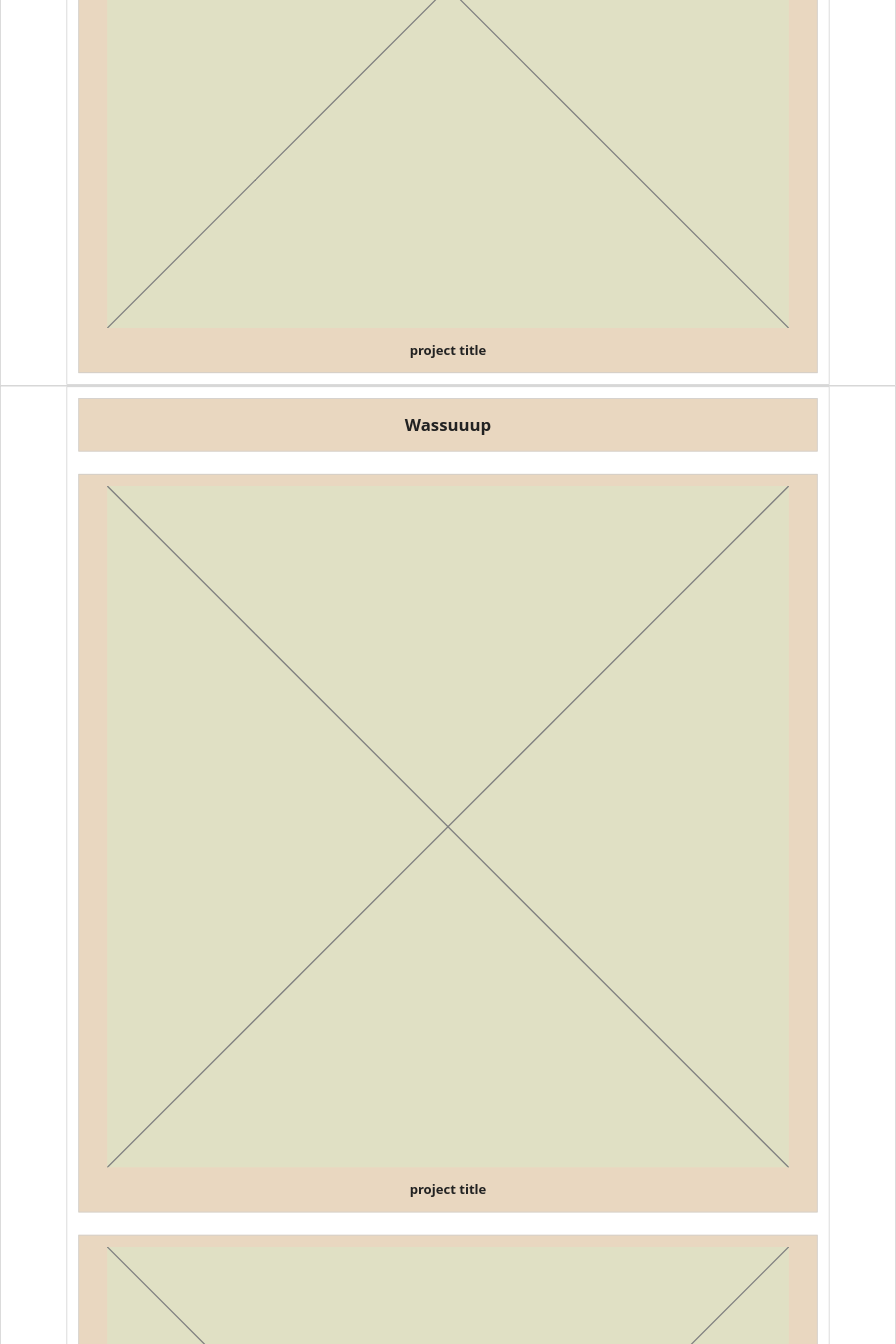
Repository: eilidhma/metrolics
Page: index.html
The author's editor kept a copy of each file at every save. The page is drawn from the files as they stood at one save, then again after a run of saves.
The browser window is 1280 px wide. The pictures show the part of the page from y = 4580 to 6500 px (the page is 16625 px tall before and 12166 px after), at 70% of full size.

Above is the page before, as saved 2021-02-02 17:26:24.

### index.html
<!doctype html>
<html class="no-js" lang="en">

<head>
  <meta charset="utf-8">
  <title>Metrolics</title>
  <meta name="description" content="">
  <meta name="viewport" content="width=device-width, initial-scale=1">

  <meta property="og:title" content="">
  <meta property="og:type" content="">
  <meta property="og:url" content="">
  <meta property="og:image" content="">

  <link rel="manifest" href="site.webmanifest">
  <link rel="apple-touch-icon" href="icon.png">
  <!-- Place favicon.ico in the root directory -->

  <link rel="stylesheet" href="css/normalize.css">
  <link rel="stylesheet" href="css/main.css">

  <meta name="theme-color" content="#fafafa">
</head>

<!--
<body class="page__home">
  <header class="page__header">
    <div class="page__title">
      <h1 class="large__headings">Metrolics</h1>
      <img src="" alt="metrolics__logo" class="header__icon">
    </div>
    <nav class="page__navigation">
      <ul class="navigation__section">
        <li class="navigation_items">
          <img src="" alt="home__icon" class="nav__icons">
          <p class="nav__titles">Home</p>
        </li>
        <li class="navigation_items">
          <img src="" alt="pages__icon" class="nav__icons">
          <p class="nav__titles">Pages</p>
        </li>
        <li class="navigation_items">
          <img src="" alt="blog__icon" class="nav__icons">
          <p class="nav__titles">Blog</p>
        </li>
        <li class="navigation_items">
          <img src="" alt="portfolio__icon" class="nav__icons">
          <p class="nav__titles">Portfolio</p>
        </li>
        <li class="navigation_items">
          <img src="" alt="mail__icon" class="nav__icons">
          <p class="nav__titles">Home</p>
        </li>
      </ul>
    </nav>
  </header>

  <section class="hero__section">
    <img src="" alt="hero__images">
    <ul class="hero__headings">
      <li>
        <div class="hero__headings__colour1"></div>
        <h2 class="medium__headings">Metro Style</h2>
      </li>
      <li>
        <div class="hero__headings__colour2"></div>
        <h2 class="medium__headings">Retina Ready</h2>
      </li>
      <li>
        <div class="hero__headings__colour3"></div>
        <h2 class="medium__headings">Responsive Design</h2>
      </li>
    </ul>
    <a class="prev" onclick="">
      <img src="" alt="previous button" class="prev__icon">
    </a>
    <a class="next" onclick="">
      <img src="" alt="next button" class="next__icon">
    </a>
  </section>

  <main class="page__main">
    <div class="page__intro">
      <div class="row">
        <h1 class="large__headings">Hey guys! This is the Metrolics theme. <br>
        It sports a responsive layout with a mobile layout.</h1>
      </div>
    </div>
    <section class="main__content__four__columns">
      <h2 class="medium__headings">Things That We Do</h2>
      <p class="main__text">Ask us what we can do for you</p>
      <div class="four__column__item">
        <img src="" alt="icon" class="four__column__icon">
        <h3 class="four__column__headers">Web Solutions</h3>
        <p class="main__text">"Lorem ipsum dolor sit amet, consectetur adipiscing elit, sed do eiusmod tempor incididunt ut labore et dolore magna aliqua. Ut enim ad minim veniam, quis nostrud exercitation ullamco laboris nisi ut aliquip ex ea commodo consequat."Lorem ipsum dolor sit amet, consectetur adipiscing elit, sed do eiusmod tempor incididunt ut labore et dolore magna aliqua. Ut enim ad minim veniam, quis nostrud exercitation ullamco laboris nisi ut aliquip ex ea commodo consequat.</p>
      </div>
      <div class="four__column__item">
        <img src="" alt="icon" class="four__column__icon">
        <h3 class="four__column__headers">Photography</h3>
        <p class="main__text">"Lorem ipsum dolor sit amet, consectetur adipiscing elit, sed do eiusmod tempor incididunt ut labore et dolore magna aliqua. Ut enim ad minim veniam, quis nostrud exercitation ullamco laboris nisi ut aliquip ex ea commodo consequat."Lorem ipsum dolor sit amet, consectetur adipiscing elit, sed do eiusmod tempor incididunt ut labore et dolore magna aliqua. Ut enim ad minim veniam, quis nostrud exercitation ullamco laboris nisi ut aliquip ex ea commodo consequat.</p>
      </div>
      <div class="four__column__item">
        <img src="" alt="icon" class="four__column__icon">
        <h3 class="four__column__headers">Web Development</h3>
        <p class="main__text">"Lorem ipsum dolor sit amet, consectetur adipiscing elit, sed do eiusmod tempor incididunt ut labore et dolore magna aliqua. Ut enim ad minim veniam, quis nostrud exercitation ullamco laboris nisi ut aliquip ex ea commodo consequat."Lorem ipsum dolor sit amet, consectetur adipiscing elit, sed do eiusmod tempor incididunt ut labore et dolore magna aliqua. Ut enim ad minim veniam, quis nostrud exercitation ullamco laboris nisi ut aliquip ex ea commodo consequat.</p>
      </div>
      <div class="four__column__item">
        <img src="" alt="icon" class="four__column__icon">
        <h3 class="four__column__headers">Web Design</h3>
        <p class="main__text">"Lorem ipsum dolor sit amet, consectetur adipiscing elit, sed do eiusmod tempor incididunt ut labore et dolore magna aliqua. Ut enim ad minim veniam, quis nostrud exercitation ullamco laboris nisi ut aliquip ex ea commodo consequat."Lorem ipsum dolor sit amet, consectetur adipiscing elit, sed do eiusmod tempor incididunt ut labore et dolore magna aliqua. Ut enim ad minim veniam, quis nostrud exercitation ullamco laboris nisi ut aliquip ex ea commodo consequat.</p>
      </div>
    </section>

    <h2 class="medium__headings">What's Up Lately?</h2>
    <p class="main__text">Read up on our latest work</p>

    <section class="main__content__three__columns">
      <div class="three__column__item">
        <img src="" alt="image" class="content__image">
        <div class="corner__content">
          <h3 class="three__column__headers">29</h3>
          <h6 class="subtext">Nov, 2013</h6>
        <div class="content__caption">
          <h3 class="content__title">Sample Image Post</h3>
          <p class="content__text">Photography</p>
        </div>
        </div>
      </div>
      <div class="three__column__item">
        <img src="" alt="image" class="content__image">
        <div class="corner__content">
          <h3 class="three__column__headers">29</h3>
          <h6 class="subtext">Nov, 2013</h6>
        </div>
        <div class="content__caption">
          <h3 class="content__title">Sample Image Post</h3>
          <p class="content__text">Photography</p>
        </div>
      </div>
      <div class="three__column__item">
        <img src="" alt="image" class="content__image">
        <div class="corner__content">
          <h3 class="three__column__headers">29</h3>
          <h6 class="subtext">Nov, 2013</h6>
        </div>
        <div class="content__caption">
          <h3 class="content__title">Sample Image Post</h3>
          <p class="content__text">Photography</p>
        </div>
      </div>
    </section>

   <hr>

    <h2 class="medium__headings">Our Latest Projects</h2>
    <p class="main__text">Client happy? We are happy</p>

    <section class="main__content__six__columns">
      <div class="six__column__item">
        <img src="" alt="image" class="content__image">
        <div class="content__caption">
          <h3 class="content__title">Sample Image Post</h3>
          <p class="content__text">Photography</p>
        </div>
      </div>
      <div class="six__column__item">
        <div class="content__caption">
          <h3 class="content__title">Sample Image Post</h3>
          <p class="content__text">Photography</p>
        </div>
      </div>
      <div class="six__column__item">
        <div class="content__caption">
          <h3 class="content__title">Sample Image Post</h3>
          <p class="content__text">Photography</p>
        </div>
      </div>
      <div class="six__column__item">
        <div class="content__caption">
          <h3 class="content__title">Sample Image Post</h3>
          <p class="content__text">Photography</p>
        </div>
      </div>
      <div class="six__column__item">
        <div class="content__caption">
          <h3 class="content__title">Sample Image Post</h3>
          <p class="content__text">Photography</p>
        </div>
      </div>
      <div class="six__column__item">
        <div class="content__caption">
          <h3 class="content__title">Sample Image Post</h3>
          <p class="content__text">Photography</p>
        </div>
      </div>
    </section>

    <h2 class="medium__headings">Thingsofabove</h2>
    <p class="main__text">Misc stuff we could not put anywhere else</p>

    <section class="detailed_content">
      <div class="menus">
        <details class="menus__items">
          <summary class="menu__titles">Sample Accordion Menu</summary>
          <img src="" alt="menu item icon" class="menu__icons">
          <h4 class="menu__content__titles">Web Solution</h4>
          <p class="menu__content__text">"Lorem ipsum dolor sit amet, consectetur adipiscing elit, sed do eiusmod tempor incididunt ut labore et dolore magna aliqua. Ut enim ad minim veniam, quis nostrud exercitation ullamco laboris nisi ut aliquip ex ea commodo consequat."Lorem ipsum dolor sit amet, consectetur adipiscing elit, sed do eiusmod tempor incididunt ut labore et dolore magna aliqua. Ut enim ad minim veniam, quis nostrud exercitation ullamco laboris nisi ut aliquip ex ea commodo consequat.</p>
        </details>
        <details class="menus__items">
          <summary class="menu__titles">Sample Accordion Menu 2</summary>
          <img src="" alt="menu item icon" class="menu__icons">
          <h4 class="menu__content__titles"></h4>
          <p class="menu__content__text"></p>
        </details>
        <details class="menus__items">
          <summary class="menu__titles">Sample Accordion Menu 3</summary>
          <img src="" alt="menu item icon" class="menu__icons">
          <h4 class="menu__content__titles"></h4>
          <p class="menu__content__text"></p>
        </details>
      </div>
      <div class="tabs">
        <nav class="tab__nav">
          <button class="tab__buttons" onclick="">Tab1</button>
          <button class="tab__buttons" onclick="">Tab2</button>
          <button class="tab__buttons" onclick="">Tab3</button>
        </nav>
        <div class="tab__content">
          <div class="tab__items">
            <img src="" alt="icon" class="tab__icons">
            <p class="tab__text">"Lorem ipsum dolor sit amet, consectetur adipiscing elit, sed do eiusmod tempor incididunt ut labore et dolore magna aliqua. Ut enim ad minim veniam, quis nostrud exercitation ullamco laboris nisi ut aliquip ex ea commodo consequat. </p>
          </div>
          <div class="tab__items">
            <img src="" alt="icon" class="tab__icons">
            <p class="tab__text">"Lorem ipsum dolor sit amet, consectetur adipiscing elit, sed do eiusmod tempor incididunt ut labore et dolore magna aliqua. Ut enim ad minim veniam, quis nostrud exercitation ullamco laboris nisi ut aliquip ex ea commodo consequat. </p>
          </div>
          <div class="tab__items">
            <img src="" alt="icon" class="tab__icons">
            <p class="tab__text">"Lorem ipsum dolor sit amet, consectetur adipiscing elit, sed do eiusmod tempor incididunt ut labore et dolore magna aliqua. Ut enim ad minim veniam, quis nostrud exercitation ullamco laboris nisi ut aliquip ex ea commodo consequat. </p>
          </div>
          <div class="tab__items">
            <img src="" alt="icon" class="tab__icons">
            <p class="tab__text">"Lorem ipsum dolor sit amet, consectetur adipiscing elit, sed do eiusmod tempor incididunt ut labore et dolore magna aliqua. Ut enim ad minim veniam, quis nostrud exercitation ullamco laboris nisi ut aliquip ex ea commodo consequat. </p>
          </div>
        </div>
      </div>
    <article class="brand_ads">
      <img src="" alt="image" class="brand__images">
      <img src="" alt="image" class="brand__images">
      <img src="" alt="image" class="brand__images">
      <img src="" alt="image" class="brand__images">
      <img src="" alt="image" class="brand__images">
    </article>
    </section>
  </main>

  <footer class="footer">
    <section class="footer__top">
      <img src="" alt="image" class="footer__top__image">
      <div>
        <h5 class="footer__top__title">Peewee Herman</h5>
        <p class="footer__top__text">Peewee has over 10 years experience in the industry. He is our Creative Director, digital designer, web designer and front-end developer. He is also pretty good with a sketch-book. Before starting the company Peewee worked as a designer and studio manager for a design house who boasted a number of big name clients.</p>
      </div>
    </section>

    <hr>

    <section class="footer__main">
      <div class="footer__main__content">
        <h3 class="content__title">About Us</h3>
        <hr>
        <p class="footer__text"></p>
        <div class="footer__icons__container">
          <img src="" alt="icon" class="footer__icons">
          <img src="" alt="icon" class="footer__icons">
          <img src="" alt="icon" class="footer__icons">
          <img src="" alt="icon" class="footer__icons">
          <img src="" alt="icon" class="footer__icons">
        </div>
      </div>
      <div class="footer__main__content">
        <h3 class="content__title">Flickr Photos</h3>
        <hr>
        <div class="footer__images__container">
          <img src="" alt="image" class="footer__images">
          <img src="" alt="image" class="footer__images">
          <img src="" alt="image" class="footer__images">
          <img src="" alt="image" class="footer__images">
          <img src="" alt="image" class="footer__images">
          <img src="" alt="image" class="footer__images">
        </div>
      </div>
      <div class="footer__main__content">
        <h3 class="content__title">Recent Tweets</h3>
        <hr>
        <div class="footer__sub__content">
          <img src="" alt="icon" class="footer__sub__content__icons">
          <p class="footer__text"></p>
        </div>
      </div>
      <div class="footer__main__content">
        <h3 class="content__title">Newsletter</h3>
        <hr>
        <p class="footer__text"></p>
        <div class="email">
          <input type="email" class="email__input">
          <button class="email__send"></button>
        </div>
      </div>
    </section>

    <section class="footer__bottom">
      <div class="footer__bottom__item"></div>
      <div class="footer__bottom__item"></div>
      <div class="footer__bottom__item"></div>
      <div class="footer__bottom__item"></div>
      <div class="footer__bottom__item"></div>
    </section>
  </footer> -->

  <!-- <script src="js/vendor/modernizr-3.11.2.min.js"></script>
  <script src="js/plugins.js"></script>
  <script src="js/main.js"></script>

  <!-- Google Analytics: change UA-XXXXX-Y to be your site's ID. -->
  <!-- <script>
    window.ga = function () { ga.q.push(arguments) }; ga.q = []; ga.l = +new Date;
    ga('create', 'UA-XXXXX-Y', 'auto'); ga('set', 'anonymizeIp', true); ga('set', 'transport', 'beacon'); ga('send', 'pageview')
  </script>
  <script src="https://www.google-analytics.com/analytics.js" async></script>
</body> --> -->

<body class="page page-home">
  <header class="page__header">
    <div class="row"></div>
  </header>

  <div class="page__slider">
    <div class="row">
      <div class="column">
        <img src="img/placeholder.svg" alt="slider placeholder">
      </div>
    </div>
  </div>

  <div class="page__intro">
    <div class="row">
      <h1 class="heading">
      Hey Guys! <br>
      ADD IN STUFF
      </h1>
    </div>
  </div>

  <section class="about">
    <div class="row">
      <div class="column">
        <h2 class="heading">
          Things that we do!
        </h2>
      </div>
      <div class="column">
        <h3 class="heading">Subheading</h3>
      </div>
      <div class="column">
        <h3 class="heading">Subheading</h3>
      </div>
      <div class="column">
        <h3 class="heading">Subheading</h3>
      </div>
      <div class="column">
        <h3 class="heading">Subheading</h3>
      </div>
    </div>
  </section>

  <section class="projects--new">
    <div class="row col-2">
      <div class="column">
        <h2 class="heading">
          Wassuuup
        </h2>
      </div>
      <div class="column">
        <figure class="project">
          <img src="img/placeholder.svg" alt="placeholder">
          <figcaption class="project__caption">
            <h3 class="heading">project title</h3>
          </figcaption>
        </figure>
      </div>
      <div class="column">
        <figure class="project">
          <img src="img/placeholder.svg" alt="placeholder">
          <figcaption class="project__caption">
            <h3 class="heading">project title</h3>
          </figcaption>
        </figure>
      </div>
      <div class="column">
        <figure class="project">
          <img src="img/placeholder.svg" alt="placeholder">
          <figcaption class="project__caption">
            <h3 class="heading">project title</h3>
          </figcaption>
        </figure>
      </div> <!-- project column ends here -->
    </div>
  </section> <!-- projects-new ends here -->

  <section class="projects">
    <div class="row col-2">
      <div class="column">
        <h2 class="heading">
          Wassuuup
        </h2>
      </div>
      <div class="column">
        <figure class="project">
          <img src="img/placeholder.svg" alt="placeholder">
          <figcaption class="project__caption">
            <h3 class="heading">project title</h3>
          </figcaption>
        </figure>
      </div>
      <div class="column">
        <figure class="project">
          <img src="img/placeholder.svg" alt="placeholder">
          <figcaption class="project__caption">
            <h3 class="heading">project title</h3>
          </figcaption>
        </figure>
      </div>
      <div class="column">
        <figure class="project">
          <img src="img/placeholder.svg" alt="placeholder">
          <figcaption class="project__caption">
            <h3 class="heading">project title</h3>
          </figcaption>
        </figure>
      </div>
      <div class="column">
        <figure class="project">
          <img src="img/placeholder.svg" alt="placeholder">
          <figcaption class="project__caption">
            <h3 class="heading">project title</h3>
          </figcaption>
        </figure>
      </div>
      <div class="column">
        <figure class="project">
          <img src="img/placeholder.svg" alt="placeholder">
          <figcaption class="project__caption">
            <h3 class="heading">project title</h3>
          </figcaption>
        </figure>
      </div>
      <div class="column">
        <figure class="project">
          <img src="img/placeholder.svg" alt="placeholder">
          <figcaption class="project__caption">
            <h3 class="heading">project title</h3>
          </figcaption>
        </figure>
      </div>
    </div>
  </section> <!-- projects-new ends here -->

  <section class="thingsofabove">
    <div class="row l-col-2">
      <div class="column">
        <h2 class="heading">
          Things of above
        </h2>
      </div>
      <div class="column">
        <p>GUI element here</p>
      </div>
      <div class="column">
        <p>GUI element here</p>
      </div>
    </div>
  </section>

  <div class="sponsors">
    <div class="row m-col-5">
      <div class="column">
        <img src="img/placeholder.svg" alt="sponsor placeholder">
      </div>
      <div class="column">
        <img src="img/placeholder.svg" alt="sponsor placeholder">
      </div>
      <div class="column">
        <img src="img/placeholder.svg" alt="sponsor placeholder">
      </div>
      <div class="column">
        <img src="img/placeholder.svg" alt="sponsor placeholder">
      </div>
    </div>
  </div>

  <footer class="page__footer">
    <div class="row m-col-2 l-col-4">
      <div class="page__footer__intro column">
        <h3 class="heading">
          Peeww Herman intro
        </h3>
      </div>
      <div class="column">
        <h4 class="heading">
          footer subheading
        </h4>
      </div>
      <div class="column">
        <h4 class="heading">
          footer subheading
        </h4>
      </div>
      <div class="column">
        <h4 class="heading">
          footer subheading
        </h4>
      </div>
      <div class="column">
        <h4 class="heading">
          footer subheading
        </h4>
      </div>
    </div>
  </footer>

  <script src="js/vendor/modernizr-3.11.2.min.js"></script>
  <script src="js/plugins.js"></script>
  <script src="js/main.js"></script>

  <!-- Google Analytics: change UA-XXXXX-Y to be your site's ID. -->
  <script>
    window.ga = function () { ga.q.push(arguments) }; ga.q = []; ga.l = +new Date;
    ga('create', 'UA-XXXXX-Y', 'auto'); ga('set', 'anonymizeIp', true); ga('set', 'transport', 'beacon'); ga('send', 'pageview')
  </script>
  <script src="https://www.google-analytics.com/analytics.js" async></script>

</body>


</html>

Loaded but not shown: css/normalize.css (library); js/vendor/modernizr-3.11.2.min.js (library); js/plugins.js (24 lines, source omitted); css/main.css (351 lines, source omitted); js/main.js (no copy from this time; the picture is the same without it)

After the next 4 saves:
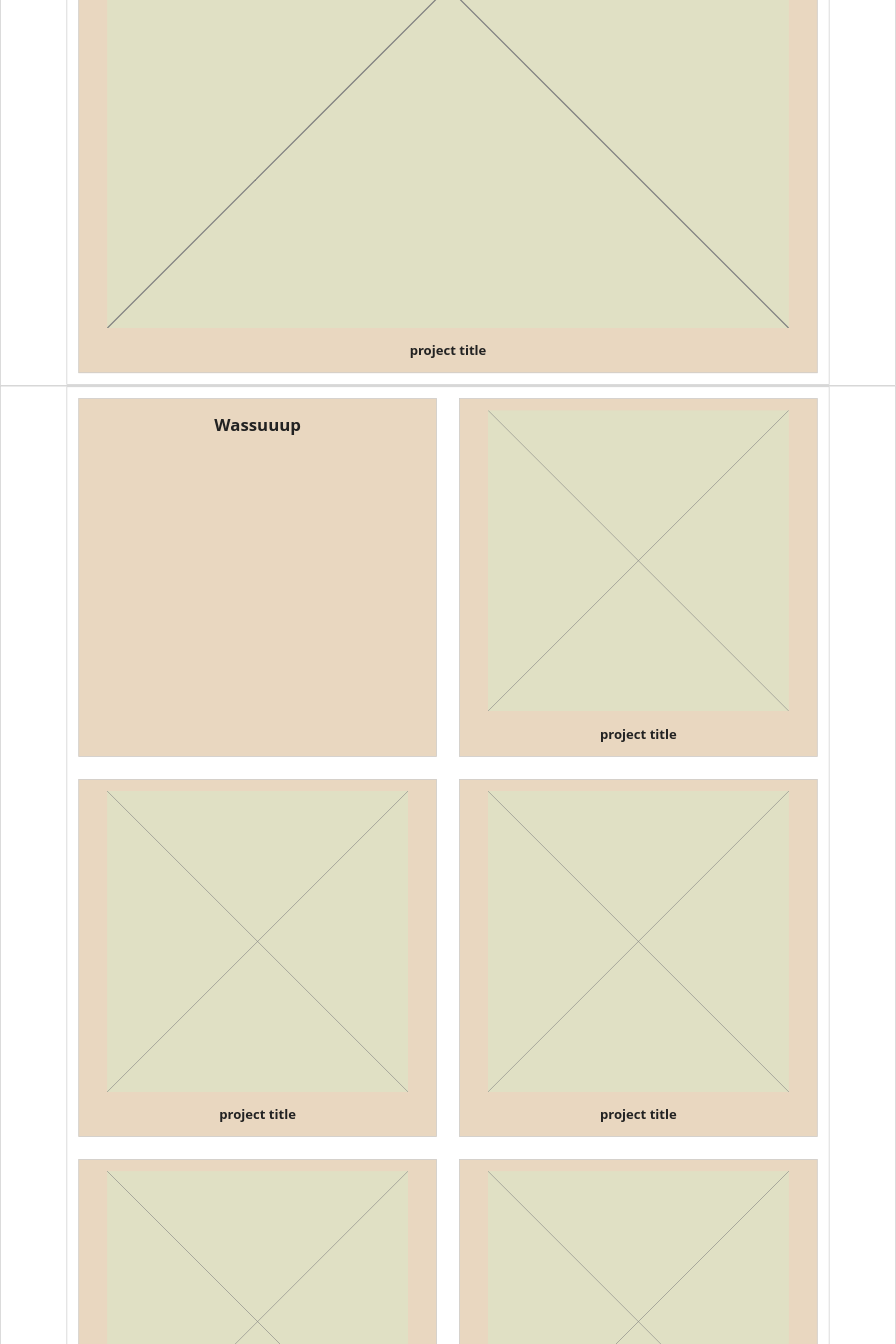
The 4 saves are shown as one change because they came seconds apart.
The last was saved 44 s later.
--- a/index.html
+++ b/index.html
@@ -409,7 +409,7 @@
   </section> <!-- projects-new ends here -->
 
   <section class="projects">
-    <div class="row col-2">
+    <div class="row m-col-2 l-col-">
       <div class="column">
         <h2 class="heading">
           Wassuuup
